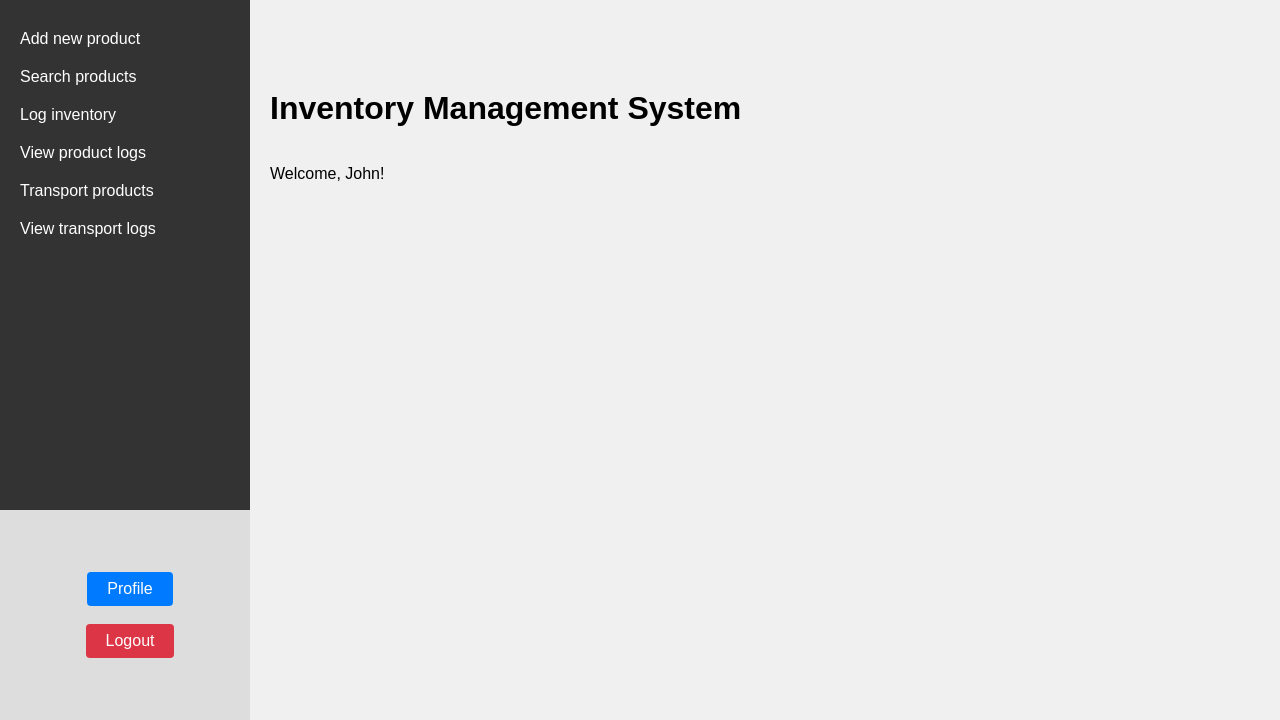
Repository: Warspinix/Flask-Web-Applications
Page: http://localhost/dashboard
An editor plug-in stored every save of this project. The page is shown before and after the next save, followed by the edit.
The browser window is 1280 px wide. The pictures show the whole page.
The page is served by the project's application, run on Flask 3 (app.py). The session is filled in as if someone had signed in: {"user_id": 1, "first_name": "John"}.

Above is the page before, as saved 2024-06-13 22:35:33.

### templates/dashboard.html
<!-- dashboard.html -->

<!DOCTYPE html>
<html>

<head>
    <title>Inventory Management System</title>
    <link rel="stylesheet" type="text/css" href="{{ url_for('static', filename='style.css') }}">
</head>

<body>
    <div class="container">
        <!-- Navigation Bar -->
        <nav class="navbar" id="navbar">
            <div class="navbar-container">
                <!-- Functionality list -->
                <ul class="navbar-menu" id="menu">
                    <li><a href="{{ url_for('add_product') }}">Add new product</a></li>
                    <li><a href="{{ url_for('search_products') }}">Search products</a></li>
                    <li><a href="{{ url_for('log_inventory') }}">Log inventory</a></li>
                    <li><a href="{{ url_for('view_product_logs') }}">View product logs</a></li>
                    <li><a href="{{ url_for('transport_products') }}">Transport products</a></li>
                    <li><a href="{{ url_for('view_transport_logs') }}">View transport logs</a></li>
                </ul>

                <div class="profile-logout">
                    <a href="{{ url_for('profile') }}" class="btn btn-primary">Profile</a><br>
                    <a href="{{ url_for('logout') }}" class="btn btn-danger">Logout</a>
                </div>
            </div>
        </nav>
        <div class="content">
            <h1>Inventory Management System</h1>

            <!-- Welcome message -->
            <p>Welcome, {{ first_name }}!</p>
        </div>
    </div>
</body>

</html>

### app.py
from flask import Flask, render_template, redirect, url_for, flash, session
import flask_mysqldb
from flask_wtf import FlaskForm
from wtforms import StringField, PasswordField, SubmitField, IntegerField, SelectField
from wtforms.validators import DataRequired, NumberRange, Optional
import os
import datetime
from flask_bcrypt import Bcrypt

secret_key = os.urandom(24).hex()

app = Flask(__name__)
app.config["SECRET_KEY"] = secret_key
app.config["MYSQL_HOST"] = "localhost"
app.config["MYSQL_USER"] = "root"
app.config["MYSQL_PASSWORD"] = ""
app.config["MYSQL_DB"] = "inventory"

bcrypt = Bcrypt(app)

mysql = flask_mysqldb.MySQL(app)

class RegistrationForm(FlaskForm):
    email = StringField("Email", validators=[DataRequired()])
    first_name = StringField("First Name", validators=[DataRequired()])
    last_name = StringField("Last Name", validators=[DataRequired()])
    password = PasswordField("Password", validators=[DataRequired()])
    submit = SubmitField("Register")

class LoginForm(FlaskForm):
    user_id = StringField("User ID", validators=[DataRequired()])
    password = PasswordField("Password", validators=[DataRequired()])
    submit = SubmitField("Login")

class AddProductForm(FlaskForm):
    product_name = StringField("Product Name", validators=[DataRequired()])
    submit = SubmitField("Add Product")

class SearchForm(FlaskForm):
    search_by = StringField("Search by", validators=[DataRequired()])
    search_term = StringField("Search term", validators=[DataRequired()])
    submit = SubmitField("Search")

class AddToInventoryForm(FlaskForm):
    product_id = StringField("Product ID", validators=[DataRequired()])
    quantity_added = StringField("Quantity to add", validators=[DataRequired()])
    submit = SubmitField("Add to Inventory")

from flask_wtf import FlaskForm
from wtforms import SelectField, StringField, SubmitField
from wtforms.validators import DataRequired, Optional

class ViewProductLogsForm(FlaskForm):
    search_by = SelectField("Search by", choices=[
        ('', 'Select option'),
        ('id', 'Product ID'),
        ('month', 'Month'),
        ('both', 'Both')
    ], validators=[DataRequired()])
    product_id = StringField("Product ID", validators=[Optional()])
    month = SelectField("Select month", choices=[
        ('', 'Select month'),
        ('1', 'January'), ('2', 'February'), ('3', 'March'), ('4', 'April'),
        ('5', 'May'), ('6', 'June'), ('7', 'July'), ('8', 'August'),
        ('9', 'September'), ('10', 'October'), ('11', 'November'), ('12', 'December')
    ], validators=[Optional()])
    submit = SubmitField("View Logs")


class TransportForm(FlaskForm):
    product_id = IntegerField('Product ID', validators=[DataRequired(), NumberRange(min=1)])
    quantity_transported = IntegerField('Quantity to transport', validators=[DataRequired(), NumberRange(min=1)])
    submit = SubmitField('Transport')

class ViewTransportLogsForm(FlaskForm):
    search_by = SelectField("Search by", choices=[('', 'Select option'), ('id', 'Product ID'), ('month', 'Month'), ('both', 'Both')], validators=[DataRequired()])
    product_id = StringField("Product ID", validators=[Optional()])
    month = StringField("Select month", validators=[Optional()])
    submit = SubmitField("View Logs")


@app.route("/")
def index():
    return render_template("index.html")

@app.route("/register", methods=["GET", "POST"])
def register():
    form = RegistrationForm()
    if form.validate_on_submit():
        cur = mysql.connection.cursor()
        cur.execute("SELECT COUNT(*) FROM users")
        count = cur.fetchone()[0] + 1
        user_id = str(datetime.date.today().year) + str(count).zfill(3)
        registration_date = datetime.date.today()
        registration_time = datetime.datetime.now().time()
        hashed_password = bcrypt.generate_password_hash(form.password.data).decode('utf-8')
        cur.execute("INSERT INTO users (id, email, first_name, last_name, password, registration_date, registration_time) VALUES (%s, %s, %s, %s, %s, %s, %s)",
                    (user_id, form.email.data, form.first_name.data, form.last_name.data, hashed_password, registration_date, registration_time))
        mysql.connection.commit()
        # flash("Registration successful! You will be redirected to the home page in 3 seconds.")
        # return render_template("register_success.html")
        return redirect(url_for("index"))
    return render_template("register.html", form=form)

@app.route("/login", methods=["GET", "POST"])
def login():
    form = LoginForm()
    if form.validate_on_submit():
        cur = mysql.connection.cursor()
        print(form.user_id.data)
        print(form.password.data)
        cur.execute("SELECT password, first_name FROM users WHERE email = %s", (form.user_id.data,))
        result = cur.fetchone()
        print(result)
        if result:
            hashed_password = result[0]
            if bcrypt.check_password_hash(hashed_password, form.password.data):
                session['user_id'] = form.user_id.data
                session['first_name'] = result[1]  # Store first name in session
                return redirect(url_for("dashboard"))
            else:
                flash("Invalid user ID or password")
        else:
            flash("Invalid user ID or password")
    return render_template("login.html", form=form)

@app.route("/logout")
def logout():
    session.pop('user_id', None)
    session.pop('first_name', None)
    return redirect(url_for("index"))

@app.route("/dashboard")
def dashboard():
    if 'user_id' not in session:
        return redirect(url_for("login"))
    return render_template("dashboard.html", user_id=session['user_id'], first_name=session['first_name'])

@app.route("/profile")
def profile():
    if 'user_id' not in session:
        return redirect(url_for("login"))
    cur = mysql.connection.cursor()
    cur.execute("SELECT email, first_name, last_name, registration_date FROM users WHERE id = %s", (session['user_id'],))
    result = cur.fetchone()
    if result:
        return render_template("profile.html", email=result[0], first_name=result[1], last_name=result[2], registration_date=result[3])
    else:
        flash("User not found")
        return redirect(url_for("dashboard"))

@app.route("/add_product", methods=["GET", "POST"])
def add_product():
    if 'user_id' not in session:
        return redirect(url_for("login"))
    form = AddProductForm()
    if form.validate_on_submit():
        cur = mysql.connection.cursor()
        cur.execute("INSERT INTO products (name, quantity) VALUES (%s, %s)",
                    (form.product_name.data, 0))
        mysql.connection.commit()
        cur.execute("SELECT id FROM products ORDER BY id DESC LIMIT 1")
        product_id = cur.fetchone()[0]
        flash("Product added successfully! Product ID is " + str(product_id))
    return render_template("add_product.html", form=form, user_id=session['user_id'], first_name=session['first_name'])

@app.route("/search_products", methods=["GET", "POST"])
def search_products():
    if 'user_id' not in session:
        return redirect(url_for("login"))
    form = SearchForm()
    if form.validate_on_submit():
        cur = mysql.connection.cursor()
        if form.search_by.data == "id":
            cur.execute("SELECT * FROM products WHERE id = %s", (form.search_term.data,))
        else:
            cur.execute("SELECT * FROM products WHERE name LIKE %s", ("%" + form.search_term.data + "%",))
        products = cur.fetchall()
        return render_template("search_products.html", form=form, products=products, user_id=session['user_id'], first_name=session['first_name'])
    return render_template("search_products.html", form=form, user_id=session['user_id'], first_name=session['first_name'])

@app.route("/log_inventory", methods=["GET", "POST"])
def log_inventory():
    if 'user_id' not in session:
        return redirect(url_for("login"))
    form = AddToInventoryForm()
    if form.validate_on_submit():
        cur = mysql.connection.cursor()
        cur.execute("SELECT quantity FROM products WHERE id = %s", (form.product_id.data,))
        result = cur.fetchone()
        if result:
            new_quantity = result[0] + int(form.quantity_added.data)
            cur.execute("UPDATE products SET quantity = %s WHERE id = %s", (new_quantity, form.product_id.data))
            mysql.connection.commit()
            cur.execute("INSERT INTO products_log (product_id, quantity_added, log_date, log_time, user_id) VALUES (%s, %s, %s, %s, %s)",
                        (form.product_id.data, form.quantity_added.data, datetime.date.today(), datetime.datetime.now().time(), session['user_id']))
            mysql.connection.commit()
            flash("Inventory updated successfully!")
        else:
            flash("Product not found")
    return render_template("log_inventory.html", form=form, user_id=session['user_id'], first_name=session['first_name'])

@app.route("/view_product_logs", methods=["GET", "POST"])
def view_product_logs():
    if 'user_id' not in session:
        return redirect(url_for("login"))

    form = ViewProductLogsForm()
    product_logs = None

    if form.validate_on_submit():
        search_by = form.search_by.data
        product_id = form.product_id.data
        month = form.month.data

        query = """SELECT pl.product_id, p.name, pl.quantity_added, pl.log_date, pl.log_time,
                          CONCAT(u.first_name, ' ', u.last_name) AS full_name
                   FROM products_log pl
                   JOIN products p ON pl.product_id = p.id
                   JOIN users u ON pl.user_id = u.id"""
        conditions = []
        params = []

        if search_by == 'id':
            conditions.append("pl.product_id = %s")
            params.append(product_id)
        elif search_by == 'month':
            conditions.append("MONTH(pl.log_date) = %s")
            params.append(month)
        elif search_by == 'both':
            conditions.append("pl.product_id = %s AND MONTH(pl.log_date) = %s")
            params.append(product_id)
            params.append(month)

        if conditions:
            query += " WHERE " + " AND ".join(conditions)

        cur = mysql.connection.cursor()
        cur.execute(query, tuple(params))
        product_logs = cur.fetchall()

    return render_template("view_product_logs.html", form=form, product_logs=product_logs, user_id=session['user_id'], first_name=session['first_name'])

@app.route("/transport_products", methods=["GET", "POST"])
def transport_products():
    if 'user_id' not in session:
        return redirect(url_for("login"))
    form = TransportForm()
    if form.validate_on_submit():
        cur = mysql.connection.cursor()
        cur.execute("SELECT quantity FROM products WHERE id = %s", (form.product_id.data,))
        result = cur.fetchone()
        if result:
            current_quantity = result[0]
            if current_quantity >= form.quantity_transported.data:
                new_quantity = current_quantity - form.quantity_transported.data
                cur.execute("UPDATE products SET quantity = %s WHERE id = %s", (new_quantity, form.product_id.data))
                mysql.connection.commit()
                cur.execute("INSERT INTO transports_log (product_id, user_id, quantity_transported, log_date, log_time) VALUES (%s, %s, %s, %s, %s)",
                            (form.product_id.data, session['user_id'], form.quantity_transported.data, datetime.date.today(), datetime.datetime.now().time()))
                mysql.connection.commit()
                flash("Product transported successfully!")
            else:
                flash("Not enough quantity in stock")
        else:
            flash("Product not found")
    return render_template("transport_products.html", form=form, user_id=session['user_id'], first_name=session['first_name'])

@app.route("/view_transport_logs", methods=["GET", "POST"])
def view_transport_logs():
    if 'user_id' not in session:
        return redirect(url_for("login"))
    form = ViewTransportLogsForm()
    transport_logs = None
    if form.validate_on_submit():
        search_by = form.search_by.data
        product_id = form.product_id.data
        month = form.month.data

        query = """SELECT tl.id, tl.product_id, p.name, tl.quantity_transported, tl.log_date, tl.log_time,
                          CONCAT(u.first_name, ' ', u.last_name) AS full_name
                   FROM transports_log tl
                   JOIN products p ON tl.product_id = p.id
                   JOIN users u ON tl.user_id = u.id"""
        params = []

        if search_by == 'id':
            query += " WHERE tl.product_id = %s"
            params.append(product_id)
        elif search_by == 'month':
            query += " WHERE MONTH(tl.log_date) = %s"
            params.append(month)
        elif search_by == 'both':
            query += " WHERE tl.product_id = %s AND MONTH(tl.log_date) = %s"
            params.append(product_id)
            params.append(month)

        cur = mysql.connection.cursor()
        cur.execute(query, tuple(params))
        transport_logs = cur.fetchall()

    return render_template("view_transport_logs.html", form=form, transport_logs=transport_logs, user_id=session['user_id'], first_name=session['first_name'])

if __name__ == "__main__":
    app.run(debug=True)

### static/style.css
/* Reset default styles */
* {
    margin: 0;
    padding: 0;
    box-sizing: border-box;
}

body {
    font-family: Arial, sans-serif;
    background-color: #f0f0f0;
    display: flex;
    flex-direction: column;
    min-height: 100vh;
}

h1 {
    padding-bottom: 1.2em;
}

/* Navigation Bar styles */
.navbar {
    background-color: #333;
    color: #fff;
    position: fixed;
    width: 250px; /* Set the width */
    height: 100%;
    top: 0;
    left: 0;
    z-index: 1000;
    transition: all 0.3s ease;
}

.navbar-container {
    display: flex;
    flex-direction: column;
    height: 100%;
}

.navbar-header {
    display: flex;
    align-items: center;
    justify-content: space-between; /* Adjust spacing */
    margin-bottom: 20px; /* Adjust spacing */
}

.navbar-brand {
    color: #fff;
    text-decoration: none;
    font-size: 1.5rem;
    margin-left: 10px;
}

.navbar-menu {
    list-style-type: none;
    display: flex;
    height: 70svh;
    /* padding: 10px 20px; */
    flex-direction: column;
    margin-top: 20px; /* Push menu items to the bottom */
}

.navbar-menu li {
    margin-right: 0; /* Remove margin */
}

.navbar-menu li a {
    color: #fff;
    text-decoration: none;
}

.navbar-menu li {
    padding: 10px 20px;
    transition: color 0.3s ease;
}

.navbar-menu li:hover {
    background-color: #007bff;
}

/* Profile and logout buttons */
.profile-logout {
    display: flex;
    flex-direction: column;
    background-color: #ddd;
    align-items: center;
    justify-content: center;
    text-align: right;
    padding: 10px 40px;
    height: 30svh;
}

.profile-logout a {
    color: #fff;
    text-decoration: none;
    padding: 8px 20px;
    border-radius: 4px;
    margin-left: 10px;
    transition: background-color 0.3s ease;
}

.profile-logout a.btn {
    color: #fff;
    text-decoration: none;
    padding: 8px 20px;
    border-radius: 4px;
    transition: background-color 0.3s ease;
}

.profile-logout a.btn-primary {
    background-color: #007bff;
}

.profile-logout a.btn-danger {
    background-color: #dc3545;
}

.profile-logout a.btn:hover {
    background-color: #0056b3;
}


/* Menu toggle button */
.menu-toggle {
    background: none;
    border: none;
    cursor: pointer;
    display: none;
    padding: 5px;
    position: absolute;
    top: 10px;
    right: 10px;
    z-index: 1500;
}

.menu-toggle span {
    background-color: #fff;
    display: block;
    height: 2px;
    margin-bottom: 4px;
    transition: transform 0.2s ease, background-color 0.2s ease;
    width: 20px;
}

.menu-toggle span:nth-child(1) {
    transform: translateY(6px) rotate(45deg);
}

.menu-toggle span:nth-child(2) {
    opacity: 0;
}

.menu-toggle span:nth-child(3) {
    transform: translateY(-6px) rotate(-45deg);
}

@media screen and (max-width: 768px) {
    .navbar {
        width: 250px;
        transform: translateX(-100%);
        transition: transform 0.3s ease;
    }

    .navbar.active {
        transform: translateX(0);
    }

    .navbar-container {
        flex-direction: row;
    }

    .navbar-header {
        margin-bottom: 20px; /* Adjust spacing */
        width: 100%;
        display: flex;
        justify-content: space-between;
    }

    .navbar-brand {
        margin-bottom: 0; /* Adjust spacing */
    }

    .navbar-menu {
        flex-direction: column;
        margin-top: 0;
        width: 100%;
    }

    .navbar-menu.active {
        flex-direction: column;
    }

    .menu-toggle {
        display: block;
    }

    .profile-logout a {
        margin-left: 10px;
        margin-bottom: 0;
    }
}

/* Side Navigation for small screens */
.side-nav {
    position: fixed;
    top: 0;
    left: -250px;
    width: 250px;
    height: 100%;
    background-color: #333;
    transition: all 0.3s ease;
    z-index: 1200;
}

.side-nav.active {
    left: 0;
}

.side-nav ul {
    list-style-type: none;
    padding: 0;
    margin: 20px 0;
}

.side-nav ul li {
    padding: 10px;
    border-bottom: 1px solid #666;
}

.side-nav ul li a {
    color: #fff;
    text-decoration: none;
    display: block;
    transition: all 0.3s ease;
}

.side-nav ul li a:hover {
    background-color: #007bff;
}

/* Content area */
.content {
    margin-left: 250px; /* Width of the side nav */
    margin-top: 70px;
    padding: 20px;
    flex: 1;
}

/* Form styles */
form {
    background-color: #fff;
    padding: 20px;
    border-radius: 8px;
    box-shadow: 0 4px 6px rgba(0, 0, 0, 0.1);
}

form label {
    font-weight: bold;
}

form input[type="number"],
form select {
    padding: 8px;
    margin-top: 5px;
    width: 100%;
    border: 1px solid #ccc;
    border-radius: 4px;
}

form input[type="submit"] {
    background-color: #007bff;
    color: #fff;
    border: none;
    padding: 10px 20px;
    cursor: pointer;
    margin-top: 10px;
    border-radius: 4px;
    transition: background-color 0.3s ease;
}

form input[type="submit"]:hover {
    background-color: #0056b3;
}

/* Table styles */
table {
    width: 100%;
    margin-top: 20px;
    border-collapse: collapse;
    border-radius: 8px;
    overflow: hidden;
    box-shadow: 0 4px 6px rgba(0, 0, 0, 0.1);
}

table th, table td {
    padding: 12px 15px;
    text-align: left;
    border-bottom: 1px solid #ddd;
}

table th {
    background-color: #007bff;
    color: #fff;
}

After the next save:
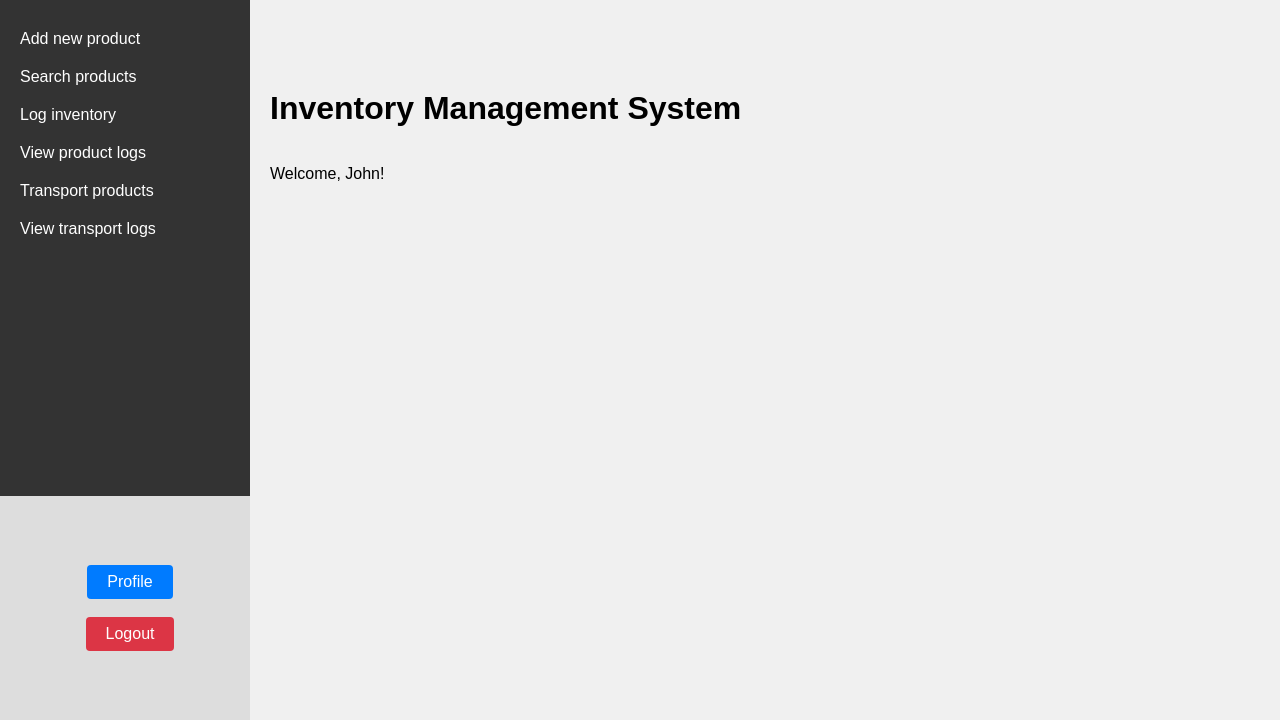
Saved 16 s later.
--- a/static/style.css
+++ b/static/style.css
@@ -53,7 +53,7 @@ h1 {
 .navbar-menu {
     list-style-type: none;
     display: flex;
-    height: 70svh;
+    height: 75svh;
     /* padding: 10px 20px; */
     flex-direction: column;
     margin-top: 20px; /* Push menu items to the bottom */
@@ -86,7 +86,7 @@ h1 {
     justify-content: center;
     text-align: right;
     padding: 10px 40px;
-    height: 30svh;
+    height: 35svh;
 }
 
 .profile-logout a {
